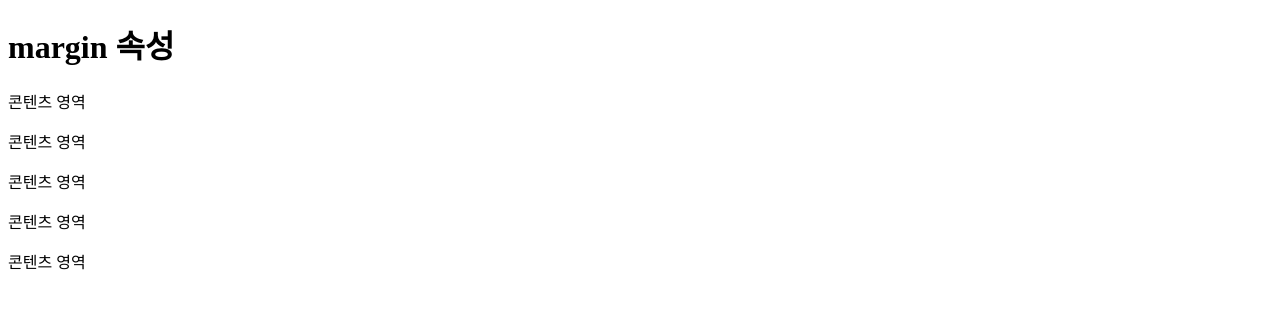
Repository: cussip/SuperHands
Page: WebExam/src/main/webapp/css/box_model/margin.html
An editor plug-in stored every save of this project. The page is shown before and after the next save, followed by the edit.
The browser window is 1280 px wide. The pictures show the whole page.

Above is the page before, as saved 2022-01-31 04:53:34.

### WebExam/src/main/webapp/css/box_model/margin.html
<!DOCTYPE html>
<html>
<head>
	<meta charset="UTF-8">
	<title>margin.html</title>
</head>
<body>
	<!-- border를 기준으로 다른 요소와의 바깥쪽 여백을 지정한다.
		속성 값에 음수를 지정할 수 있으며, 상하로 인접한 박스의 display 속성 값이
		block인 경우 마진 겹침(Margin Collapsing) 현상이 발생한다. -->
	<h1>margin 속성</h1>
	<div class="margin01">
		<p>
			콘텐츠 영역
		</p>
	</div>
	<div class="margin01">
		<p>
			콘텐츠 영역
		</p>
	</div>
	<div class="margin01">
		<p>
			콘텐츠 영역
		</p>
	</div>
	<div class="margin01">
		<p>
			콘텐츠 영역
		</p>
	</div>
	<div class="margin01">
		<p>
			콘텐츠 영역
		</p>
	</div>
</body>
</html>

After the next save:
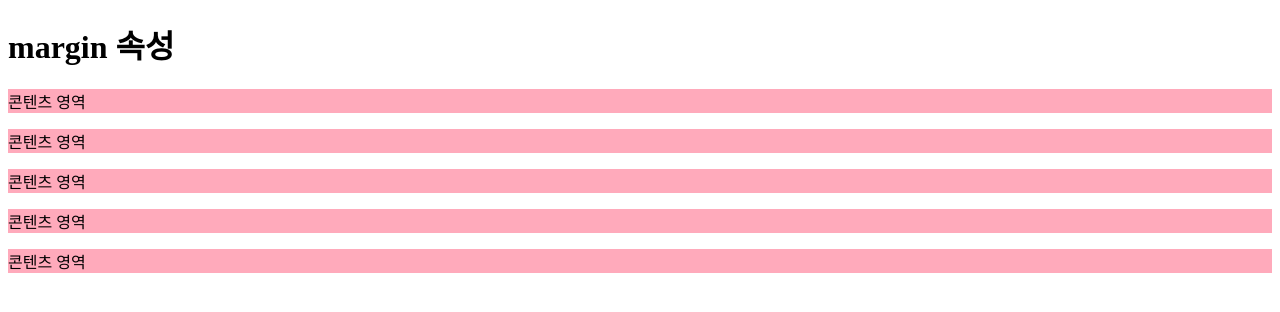
Saved 63 s later.
--- a/WebExam/src/main/webapp/css/box_model/margin.html
+++ b/WebExam/src/main/webapp/css/box_model/margin.html
@@ -3,6 +3,12 @@
 <head>
 	<meta charset="UTF-8">
 	<title>margin.html</title>
+	<style>
+		div {
+			background: #FFAABB;
+			border: #F88;
+		}
+	</style>
 </head>
 <body>
 	<!-- border를 기준으로 다른 요소와의 바깥쪽 여백을 지정한다.
